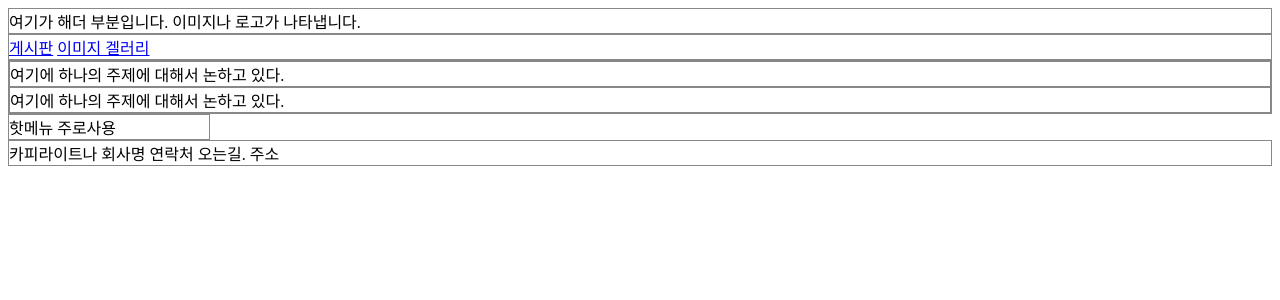
Repository: seokku/java2
Page: workspace/web/ch02basic/WebContent/semantic.html
These files come from the project's save history. The page is drawn as it stood at one moment and after the next save; the edit follows.
The browser window is 1280 px wide. The pictures show the whole page.

Above is the page before, as saved 2021-02-15 07:35:02.

After the next save:
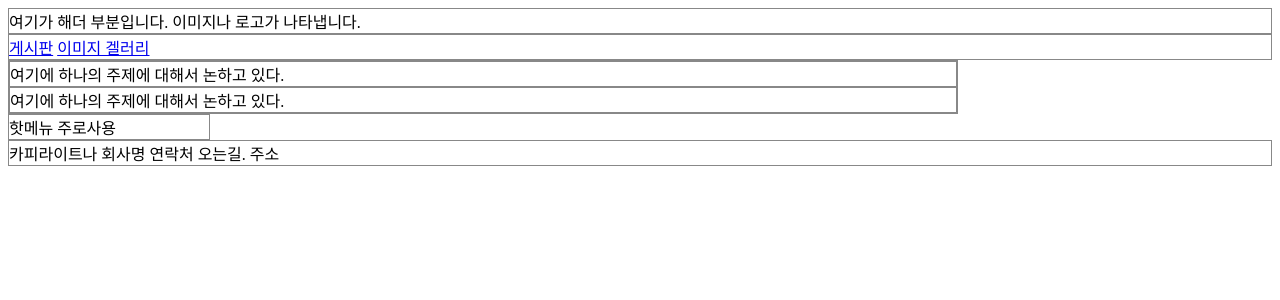
Saved 46 s later.
--- a/workspace/web/ch02basic/WebContent/semantic.html
+++ b/workspace/web/ch02basic/WebContent/semantic.html
@@ -11,6 +11,9 @@ header, nav, section, article, aside, footer{
 
 aside{
 width: 200px;
+}
+section{
+ width: 75%;
 }
 </style>
 </head>
